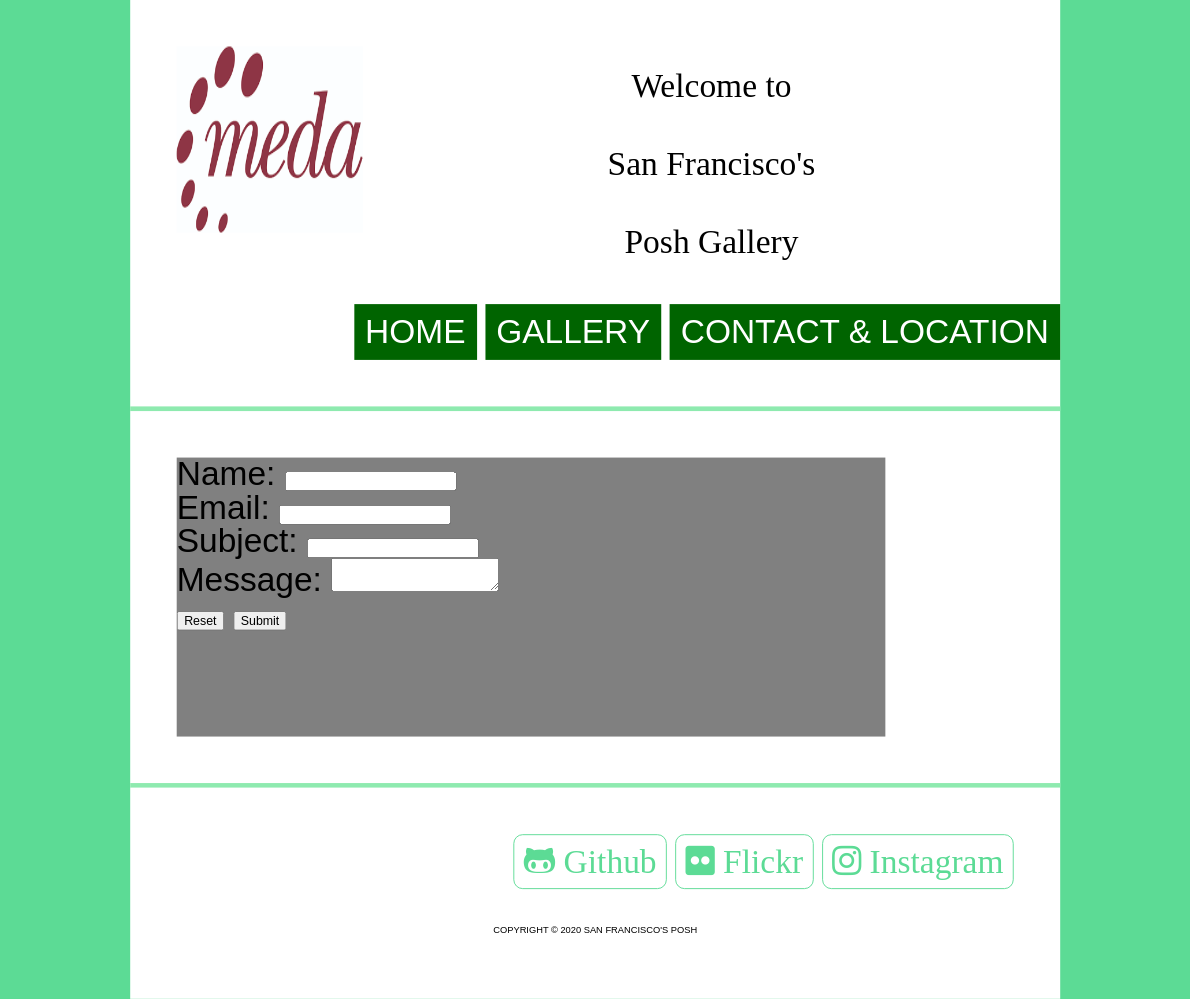
Repository: seleniadelgado/meda-spring2020-angie
Page: practice/html/week_4/multipage-css/contact.html
The author's editor kept a copy of each file at every save. The page is drawn from the files as they stood at one save, then again after the next save.
The browser window is 1280 px wide. The pictures show the whole page, at 93% of full size.

Above is the page before, as saved 2020-02-13 10:21:13.

After the next save:
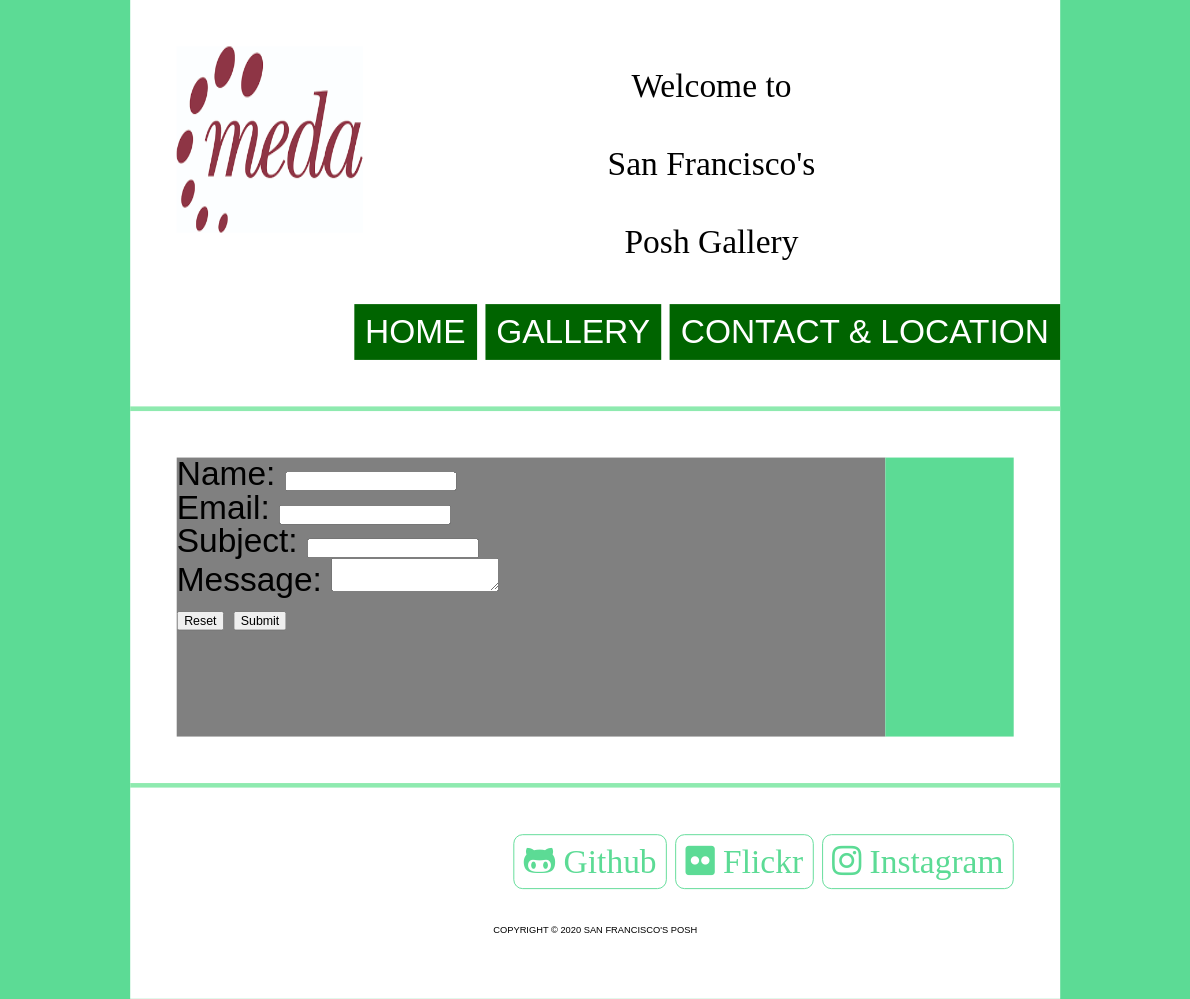
Saved 6 s later.
--- a/practice/html/week_4/multipage-css/styles/style.css
+++ b/practice/html/week_4/multipage-css/styles/style.css
@@ -148,7 +148,7 @@ main#homepage p {
 }
 #contact-flexbox div:last-child {
     flex-grow: 1;
-    background-color: 5cdb95;;
+    background-color: #5cdb95;;
 
 }
 #contact-form {
